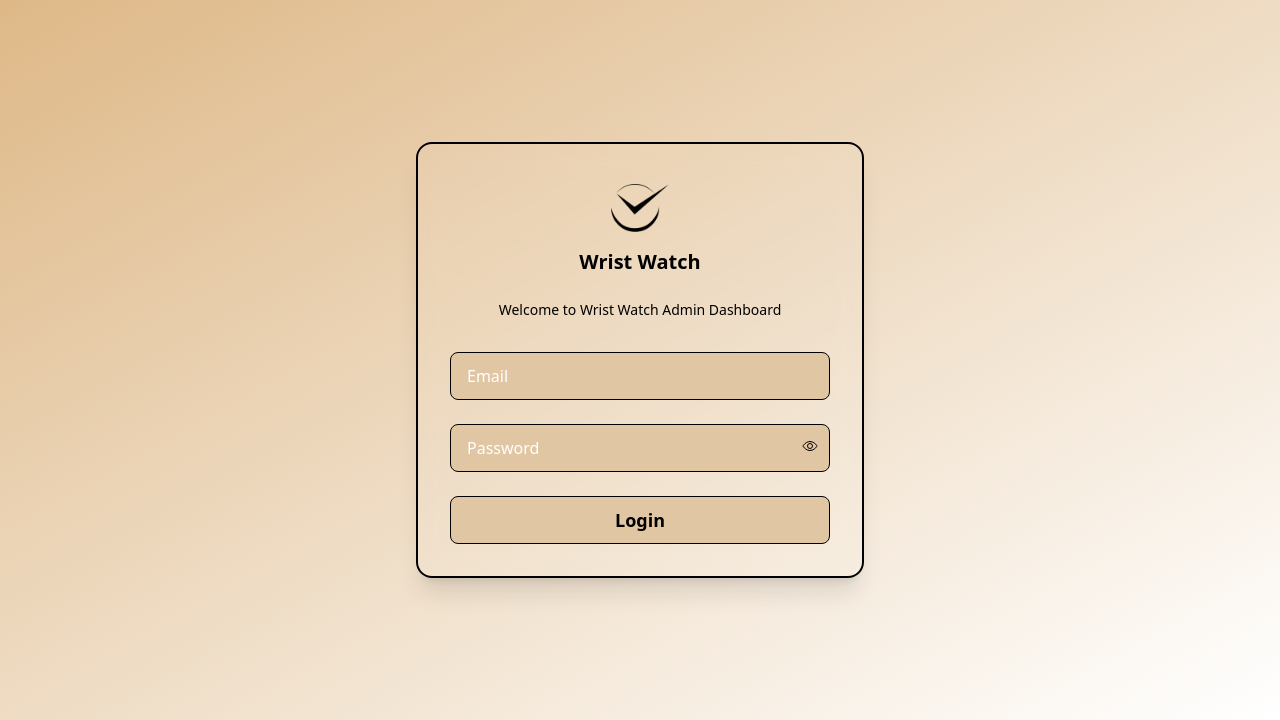
Repository: mansibhanushali/online_watch_ecommerce_mernstack_webapplication
Page: / (app in admin/)
An editor plug-in stored every save of this project. The page is shown before and after the next save, followed by the edit.
The browser window is 1280 px wide. The pictures show the whole page.
The project was rebuilt for these pictures with package versions that can differ from the ones it lists, and the page was loaded fresh each time. Also part of the build but not shown: admin/vite.config.js, admin/src/component/Nav.jsx, admin/src/pages/Home.jsx, admin/src/component/Loading.jsx, admin/src/pages/Add.jsx, admin/src/pages/Lists.jsx, admin/src/pages/Orders.jsx.

Above is the page before, as saved 2025-08-16 18:05:52.

### admin/index.html
<!doctype html>
<html lang="en">
  <head>
    <meta charset="UTF-8" />
    <link rel="icon" type="image/svg+xml" href="./logo1.png" />
    <meta name="viewport" content="width=device-width, initial-scale=1.0" />
    <title>Wristwatch-AdminPanel</title>
  </head>
  <body>
    <div id="root"></div>
    <script type="module" src="/src/main.jsx"></script>
  </body>
</html>

### admin/src/App.jsx
import React, { useContext } from 'react';
import { Route, Routes, Navigate } from 'react-router-dom';
import Home from './pages/Home';
import Add from './pages/Add';
import Lists from './pages/Lists';
import Orders from './pages/Orders';
import Login from './pages/Login';
import { adminDataContext } from './context/AdminContext';
import { ToastContainer } from 'react-toastify';

function App() {
  const { adminData } = useContext(adminDataContext);

  if (adminData === undefined) {
    // ⏳ While checking admin status
    return <div>Loading...</div>;
  }

  return (
    <>
      <ToastContainer />
      <Routes>
        <Route
          path="/"
          element={
            adminData ? <Navigate to="/admin/home" /> : <Navigate to="/login" />
          }
        />
        <Route
          path="/login"
          element={
            adminData ? <Navigate to="/admin/home" /> : <Login />
          }
        />
        <Route
          path="/admin/home"
          element={
            adminData ? <Home /> : <Navigate to="/login" />
          }
        />
        <Route
          path="/add"
          element={
            adminData ? <Add /> : <Navigate to="/login" />
          }
        />
        <Route
          path="/lists"
          element={
            adminData ? <Lists /> : <Navigate to="/login" />
          }
        />
        <Route
          path="/orders"
          element={
            adminData ? <Orders /> : <Navigate to="/login" />
          }
        />
      </Routes>
    </>
  );
}

export default App;

### admin/src/context/AuthContext.jsx
import React, { createContext } from 'react';

export const authDataContext = createContext();

function AuthContext({ children }) {
  let serverUrl = "http://localhost:8000";

  let value = {
    serverUrl
  };

  return (
    <authDataContext.Provider value={value}>
      {children}
    </authDataContext.Provider>
  );
}

export default AuthContext;

### admin/src/context/AdminContext.jsx
import React, { createContext, useContext, useEffect, useState } from 'react';
import { authDataContext } from './AuthContext';
import axios from 'axios';

export const adminDataContext = createContext();

function AdminContext({ children }) {
  const [adminData, setAdminData] = useState(null);
  const [isAuthenticated, setIsAuthenticated] = useState(false);
  const [loading, setLoading] = useState(true);
  const { serverUrl } = useContext(authDataContext);

  const getAdmin = async () => {
    try {
      const token = localStorage.getItem("adminToken");
      if (!token) {
        console.log("No admin token found");
        setIsAuthenticated(false);
        setLoading(false);
        return;
      }

      const result = await axios.get(serverUrl + "/api/user/getadmin", {
        withCredentials: true,
        headers: { Authorization: `Bearer ${token}` }
      });

      setAdminData(result.data);
      setIsAuthenticated(true);
    } catch (error) {
      console.error("Error fetching admin:", error);
      setIsAuthenticated(false);
      setAdminData(null);
    } finally {
      setLoading(false);
    }
  };

  useEffect(() => {
    getAdmin();
  }, []);

  const value = { adminData, setAdminData, getAdmin, isAuthenticated, loading };

  return (
    <adminDataContext.Provider value={value}>
      {children}
    </adminDataContext.Provider>
  );
}

export default AdminContext;

### admin/src/pages/Login.jsx
import React, { useContext, useState } from 'react';
import logo from '../assets/logo1.png';
import { IoEyeOutline, IoEye } from "react-icons/io5";
import axios from 'axios';
import { authDataContext } from '../context/AuthContext';
import { adminDataContext } from '../context/AdminContext';
import { useNavigate } from 'react-router-dom';
import { toast } from 'react-toastify';

function Login() {
  const [show, setShow] = useState(false);
  const [email, setEmail] = useState("");
  const [password, setPassword] = useState("");
  const { getAdmin } = useContext(adminDataContext);
  const { serverUrl } = useContext(authDataContext);
  const navigate = useNavigate();
  const [loading, setLoading] = useState(false);

const AdminLogin = async (e) => {
  e.preventDefault();
  setLoading(true);
  try {
    const result = await axios.post(
      `${serverUrl}/api/auth/adminlogin`,
      { email, password },
      { withCredentials: true }
    );


    if (result.data?.token) {
      localStorage.setItem("adminToken", result.data.token);
    }

    toast.success("Admin Login Successful");

    await getAdmin();
    navigate("/admin/home");

  } catch (error) {
    toast.error(error?.response?.data?.message || "Admin Login Failed");
  } finally {
    setLoading(false);
  }
};


  return (
    <div className="w-screen h-screen bg-gradient-to-br from-[burlywood] to-[burlwood] text-black flex items-center justify-center px-4">
      <div className="w-full max-w-md bg-white/5 backdrop-blur-md border-2 border-black rounded-2xl shadow-xl p-8 flex flex-col items-center">

        <div className="flex flex-col items-center mb-4">
          <img src={logo} alt="Logo" className="w-16" />
          <h1 className="text-xl font-semibold mt-2 text-black">Wrist Watch</h1>
        </div>

        <p className="text-sm text-black mt-2 text-center">
          Welcome to Wrist Watch Admin Dashboard
        </p>

        <form onSubmit={AdminLogin} className="flex flex-col gap-6 mt-8 w-full">

          <input
            type="email"
            placeholder="Email"
            required
            value={email}
            onChange={(e) => setEmail(e.target.value)}
            className="w-full h-12 px-4 rounded-lg bg-[#e1c6a4] border border-[black] placeholder-white text-white focus:outline-none focus:ring-2 focus:ring-[#4db8ff]"
          />

          <div className="relative w-full">
            <input
              type={show ? "text" : "password"}
              placeholder="Password"
              required
              value={password}
              onChange={(e) => setPassword(e.target.value)}
              className="w-full h-12 px-4 rounded-lg bg-[#e1c6a4] border border-[black] placeholder-white text-white focus:outline-none focus:ring-2 focus:ring-[#4db8ff]"
            />
            <span
              className="absolute right-3 top-3.5 cursor-pointer text-black hover:text-white"
              onClick={() => setShow(!show)}
            >
              {show ? <IoEye /> : <IoEyeOutline />}
            </span>
          </div>

          <button
            type="submit"
            disabled={loading}
            className={`w-full h-12 rounded-lg text-lg font-semibold bg-[#e1c6a4] border border-[black] hover:opacity-90 transition duration-300 ${
              loading ? "opacity-50 cursor-not-allowed" : ""
            }`}
          >
            {loading ? "Logging in..." : "Login"}
          </button>
        </form>
      </div>
    </div>
  );
}

export default Login;

Loaded but not shown: admin/src/main.jsx (common file); admin/src/index.css (common file)

After the next save:
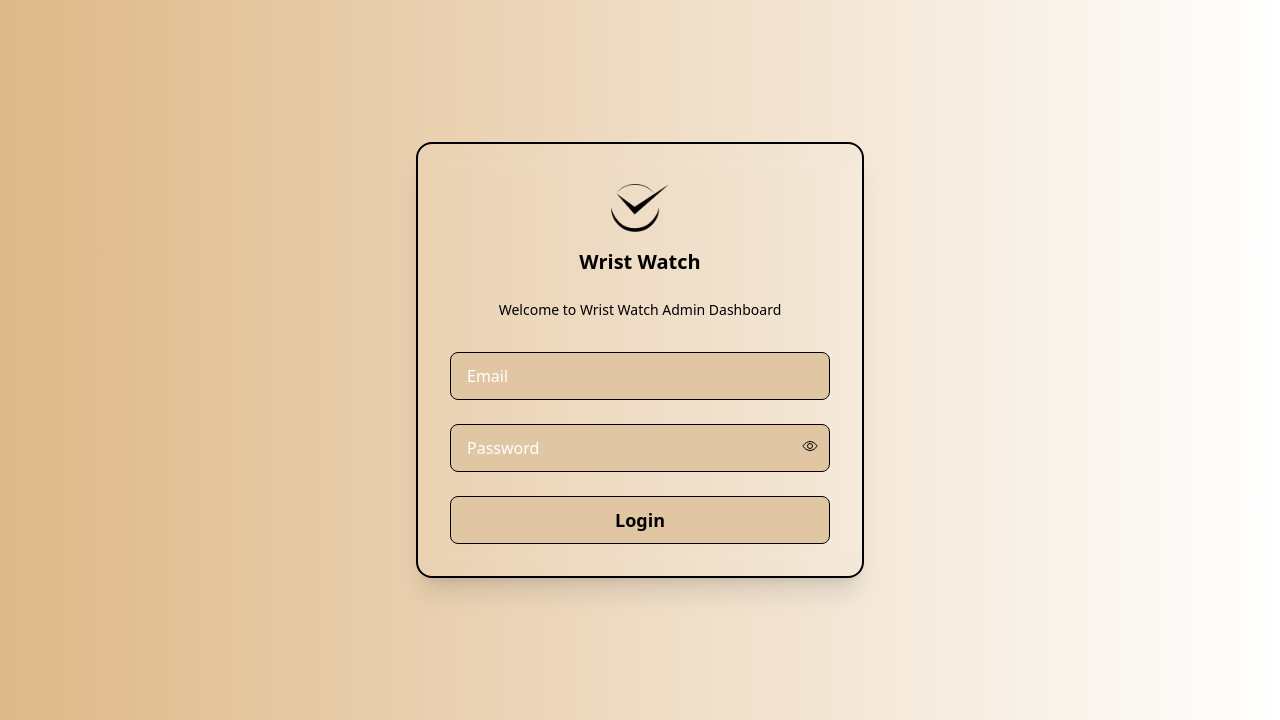
Saved 21 s later.
--- a/admin/src/pages/Login.jsx
+++ b/admin/src/pages/Login.jsx
@@ -45,7 +45,7 @@ const AdminLogin = async (e) => {
 
 
   return (
-    <div className="w-screen h-screen bg-gradient-to-br from-[burlywood] to-[burlwood] text-black flex items-center justify-center px-4">
+    <div className="w-screen h-screen bg-gradient-to-l from-[burlwood] to-[burlywood] text-black flex items-center justify-center px-4">
       <div className="w-full max-w-md bg-white/5 backdrop-blur-md border-2 border-black rounded-2xl shadow-xl p-8 flex flex-col items-center">
 
         <div className="flex flex-col items-center mb-4">
